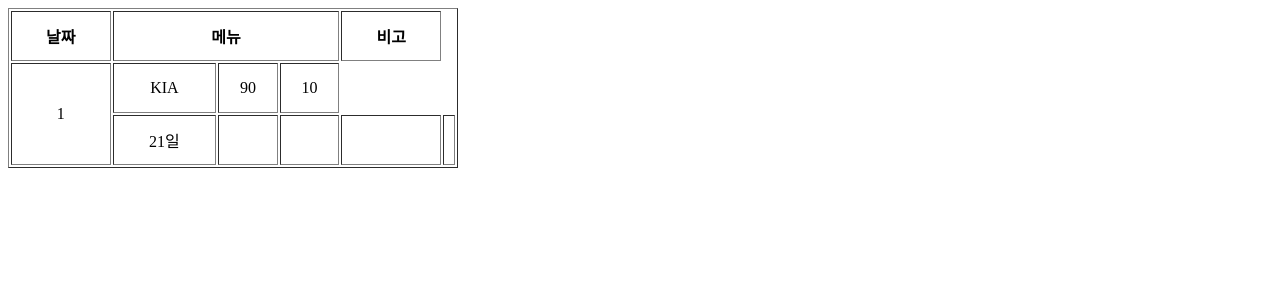
Repository: Cheol-Cheol/KOSA
Page: Kcc_web/Html/WebContent/mission/2.html
These files come from the project's save history. The page is drawn as it stood at one moment and after a run of saves; the edit follows.
The browser window is 1280 px wide. The pictures show the whole page.

Above is the page before, as saved 2024-07-08 05:35:49.

After the next 2 saves:
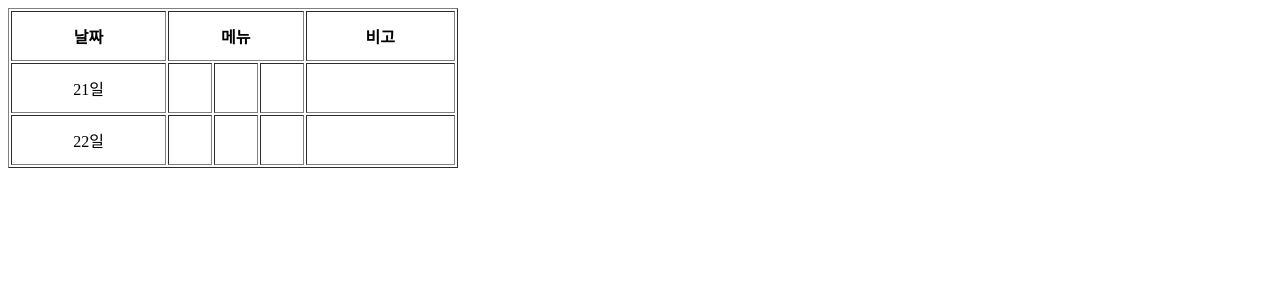
The 2 saves are shown as one change because they came seconds apart.
The last was saved 13 s later.
--- a/Kcc_web/Html/WebContent/mission/2.html
+++ b/Kcc_web/Html/WebContent/mission/2.html
@@ -8,20 +8,21 @@
 	<table width="450" border="1">
 		<thead>
 			<tr height="50" align="center">
-				<th rowspan = "2">날짜</th>
+				<th rowspan="2">날짜</th>
 				<th colspan="3">메뉴</th>
-				<th rowspan ="2">비고</th>
+				<th rowspan="2">비고</th>
 			</tr>
 		</thead>
 		<tbody>
 			<tr height="50" align="center">
-				<td rowspan="2">1</td>
-				<td>KIA</td>
-				<td>90</td>
-				<td>10</td>
+				<td>21일</td>
+				<td></td>
+				<td></td>
+				<td></td>
+				<td></td>
 			</tr>
 			<tr height="50" align="center">
-				<td>21일</td>
+				<td>22일</td>
 				<td></td>
 				<td></td>
 				<td></td>
